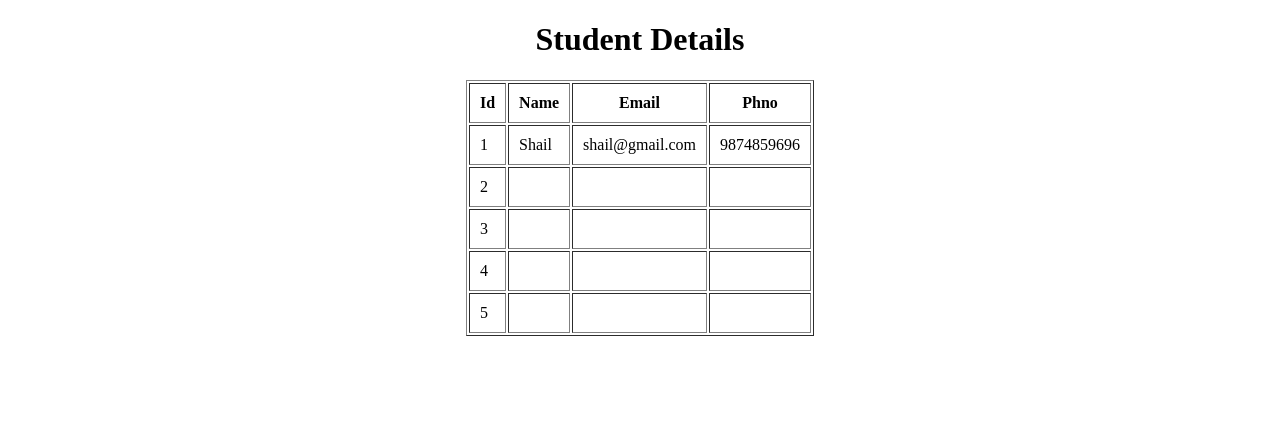
Repository: Chintan-elite/Java_Shail
Page: Learning_web/src/main/webapp/Table.html
The author's editor kept a copy of each file at every save. The page is drawn from the files as they stood at one save, then again after the next save.
The browser window is 1280 px wide. The pictures show the whole page.

Above is the page before, as saved 2023-09-08 12:29:31.

### Learning_web/src/main/webapp/Table.html
<!DOCTYPE html>
<html>
<head>
<meta charset="ISO-8859-1">
<title>Insert title here</title>
</head>
<body>
		<h1 align="center">Student Details</h1>

		<table border="1" align="center" cellpadding="10">
		<tr>
			<th>Id</th>
			<th>Name</th>
			<th>Email</th>
			<th>Phno</th>
		</tr>

		<tr>
			<td>1</td>
			<td>Shail</td>
			<td>shail@gmail.com</td>
			<td>9874859696</td>
		</tr>

		<tr>
			<td>2</td>
			<td></td>
			<td></td>
			<td></td>
		</tr>

		<tr>
			<td>3</td>
			<td></td>
			<td></td>
			<td></td>
		</tr>

		<tr>
			<td>4</td>
			<td></td>
			<td></td>
			<td></td>
		</tr>

		<tr>
			<td>5</td>
			<td></td>
			<td></td>
			<td></td>
		</tr>


		</table>




</body>
</html>

After the next save:
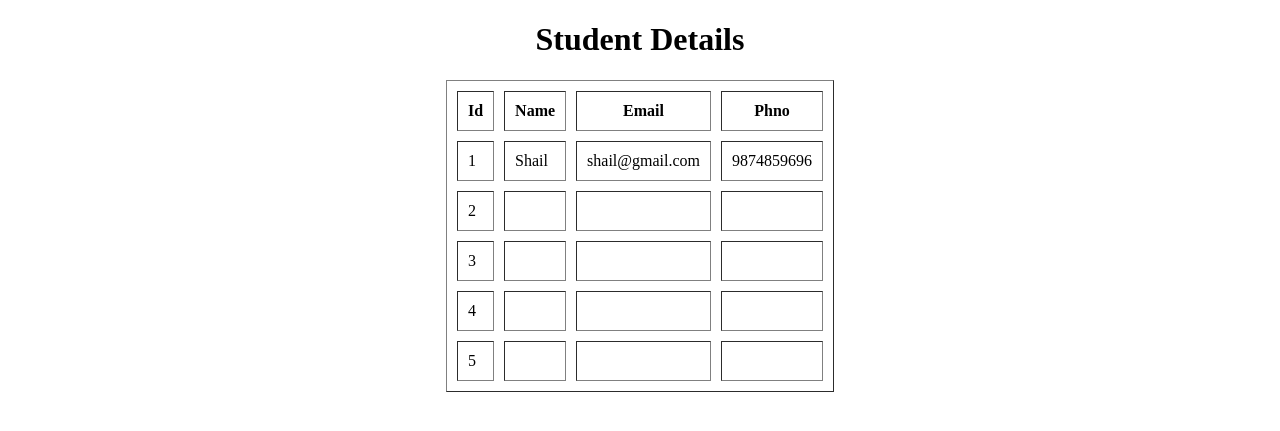
Saved 113 s later.
--- a/Learning_web/src/main/webapp/Table.html
+++ b/Learning_web/src/main/webapp/Table.html
@@ -7,7 +7,7 @@
 <body>
 		<h1 align="center">Student Details</h1>
 
-		<table border="1" align="center" cellpadding="10">
+		<table border="1" align="center" cellpadding="10" cellspacing="10">
 		<tr>
 			<th>Id</th>
 			<th>Name</th>
